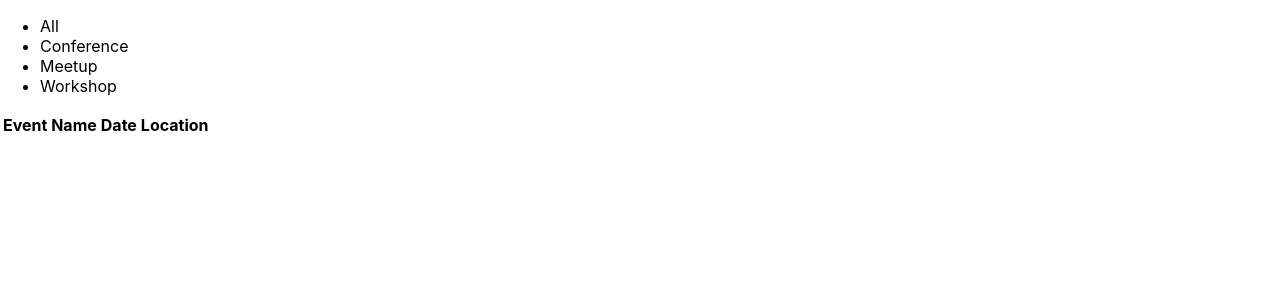
Repository: TauqeerHusain/Assignment
Page: /
These files come from the project's save history. The page is drawn as it stood at one moment and after the next save; the edit follows.
The browser window is 1280 px wide. The pictures show the whole page.
The page's requests for data from a server got no answer. The project was rebuilt for these pictures with package versions that can differ from the ones it lists, and the page was loaded fresh each time. No one was signed in, and anything a server would have sent is missing. Also part of the build but not shown: src/App.css.

Above is the page before, as saved 2023-02-06 21:58:59.

### src/App.js
import React, { useState, useEffect } from "react";
import "./App.css";

const EventTable = () => {
  const [events, setEvents] = useState([]);
  const [activeTab, setActiveTab] = useState("All");

  useEffect(() => {
    // Fetch events data and set it to the state
    fetch("https://api.myevents.com/events")
      .then((res) => res.json())
      .then((data) => setEvents(data));
  }, []);

  const handleTabClick = (tab) => {
    setActiveTab(tab);
  };

  const filteredEvents =
    activeTab === "All"
      ? events
      : events.filter((event) => event.type === activeTab);

  return (
    <div className="event-table-container">
      <div className="event-types-container">
        <ul className="event-types-list">
          <li
            className={`event-types-item ${
              activeTab === "All" ? "active" : ""
            }`}
            onClick={() => handleTabClick("All")}
          >
            All
          </li>
          <li
            className={`event-types-item ${
              activeTab === "Conference" ? "active" : ""
            }`}
            onClick={() => handleTabClick("Conference")}
          >
            Conference
          </li>
          <li
            className={`event-types-item ${
              activeTab === "Meetup" ? "active" : ""
            }`}
            onClick={() => handleTabClick("Meetup")}
          >
            Meetup
          </li>
          <li
            className={`event-types-item ${
              activeTab === "Workshop" ? "active" : ""
            }`}
            onClick={() => handleTabClick("Workshop")}
          >
            Workshop
          </li>
        </ul>
      </div>
      <table className="event-table">
        <thead>
          <tr>
            <th className="event-table-header">Event Name</th>
            <th className="event-table-header">Date</th>
            <th className="event-table-header">Location</th>
          </tr>
        </thead>
      </table>
      <div className="event-table-body">
        <table className="event-table">
          <tbody>
            {filteredEvents.map((event) => (
              <tr key={event.id} className="event-table-row">
                <td className="event-table-cell">{event.name}</td>
                <td className="event-table-cell">{event.date}</td>
                <td className="event-table-cell">{event.location}</td>
              </tr>
            ))}
          </tbody>
        </table>
      </div>
    </div>
  );
};

export default EventTable;

Loaded but not shown: public/index.html (common file); src/index.js (common file); src/index.css (common file); src/reportWebVitals.js (common file)

After the next save:
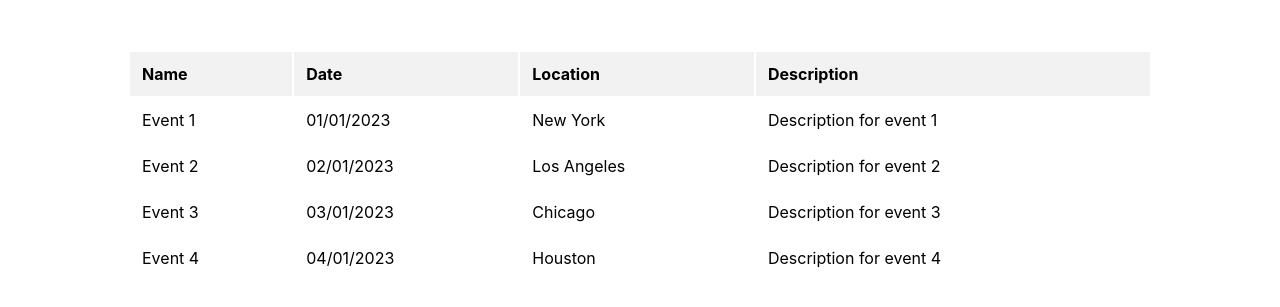
Saved 6 s later.
--- a/src/App.js
+++ b/src/App.js
@@ -1,88 +1,57 @@
-import React, { useState, useEffect } from "react";
-import "./App.css";
+import React, { useState } from "react";
 
-const EventTable = () => {
-  const [events, setEvents] = useState([]);
-  const [activeTab, setActiveTab] = useState("All");
-
-  useEffect(() => {
-    // Fetch events data and set it to the state
-    fetch("https://api.myevents.com/events")
-      .then((res) => res.json())
-      .then((data) => setEvents(data));
-  }, []);
-
-  const handleTabClick = (tab) => {
-    setActiveTab(tab);
-  };
-
-  const filteredEvents =
-    activeTab === "All"
-      ? events
-      : events.filter((event) => event.type === activeTab);
+const App = () => {
+  const [events, setEvents] = useState([
+    {
+      name: "Event 1",
+      date: "01/01/2023",
+      location: "New York",
+      description: "Description for event 1",
+    },
+    {
+      name: "Event 2",
+      date: "02/01/2023",
+      location: "Los Angeles",
+      description: "Description for event 2",
+    },
+    {
+      name: "Event 3",
+      date: "03/01/2023",
+      location: "Chicago",
+      description: "Description for event 3",
+    },
+    {
+      name: "Event 4",
+      date: "04/01/2023",
+      location: "Houston",
+      description: "Description for event 4",
+    },
+  ]);
 
   return (
-    <div className="event-table-container">
-      <div className="event-types-container">
-        <ul className="event-types-list">
-          <li
-            className={`event-types-item ${
-              activeTab === "All" ? "active" : ""
-            }`}
-            onClick={() => handleTabClick("All")}
-          >
-            All
-          </li>
-          <li
-            className={`event-types-item ${
-              activeTab === "Conference" ? "active" : ""
-            }`}
-            onClick={() => handleTabClick("Conference")}
-          >
-            Conference
-          </li>
-          <li
-            className={`event-types-item ${
-              activeTab === "Meetup" ? "active" : ""
-            }`}
-            onClick={() => handleTabClick("Meetup")}
-          >
-            Meetup
-          </li>
-          <li
-            className={`event-types-item ${
-              activeTab === "Workshop" ? "active" : ""
-            }`}
-            onClick={() => handleTabClick("Workshop")}
-          >
-            Workshop
-          </li>
-        </ul>
-      </div>
-      <table className="event-table">
+    <div style={{ display: "flex", justifyContent: "center" }}>
+      <table style={{ width: "80%", marginTop: "50px", textAlign: "left" }}>
         <thead>
-          <tr>
-            <th className="event-table-header">Event Name</th>
-            <th className="event-table-header">Date</th>
-            <th className="event-table-header">Location</th>
+          <tr style={{ backgroundColor: "#f2f2f2" }}>
+            <th style={{ padding: "12px" }}>Name</th>
+            <th style={{ padding: "12px" }}>Date</th>
+            <th style={{ padding: "12px" }}>Location</th>
+            <th style={{ padding: "12px" }}>Description</th>
           </tr>
         </thead>
+        <tbody>
+          {events.map((event) => (
+            <tr key={event.name} style={{ backgroundColor: "#fff" }}>
+              <td style={{ padding: "12px" }}>{event.name}</td>
+              <td style={{ padding: "12px" }}>{event.date}</td>
+              <td style={{ padding: "12px" }}>{event.location}</td>
+              <td style={{ padding: "12px" }}>{event.description}</td>
+            </tr>
+          ))}
+        </tbody>
       </table>
-      <div className="event-table-body">
-        <table className="event-table">
-          <tbody>
-            {filteredEvents.map((event) => (
-              <tr key={event.id} className="event-table-row">
-                <td className="event-table-cell">{event.name}</td>
-                <td className="event-table-cell">{event.date}</td>
-                <td className="event-table-cell">{event.location}</td>
-              </tr>
-            ))}
-          </tbody>
-        </table>
-      </div>
     </div>
   );
 };
 
-export default EventTable;
+export default App;
